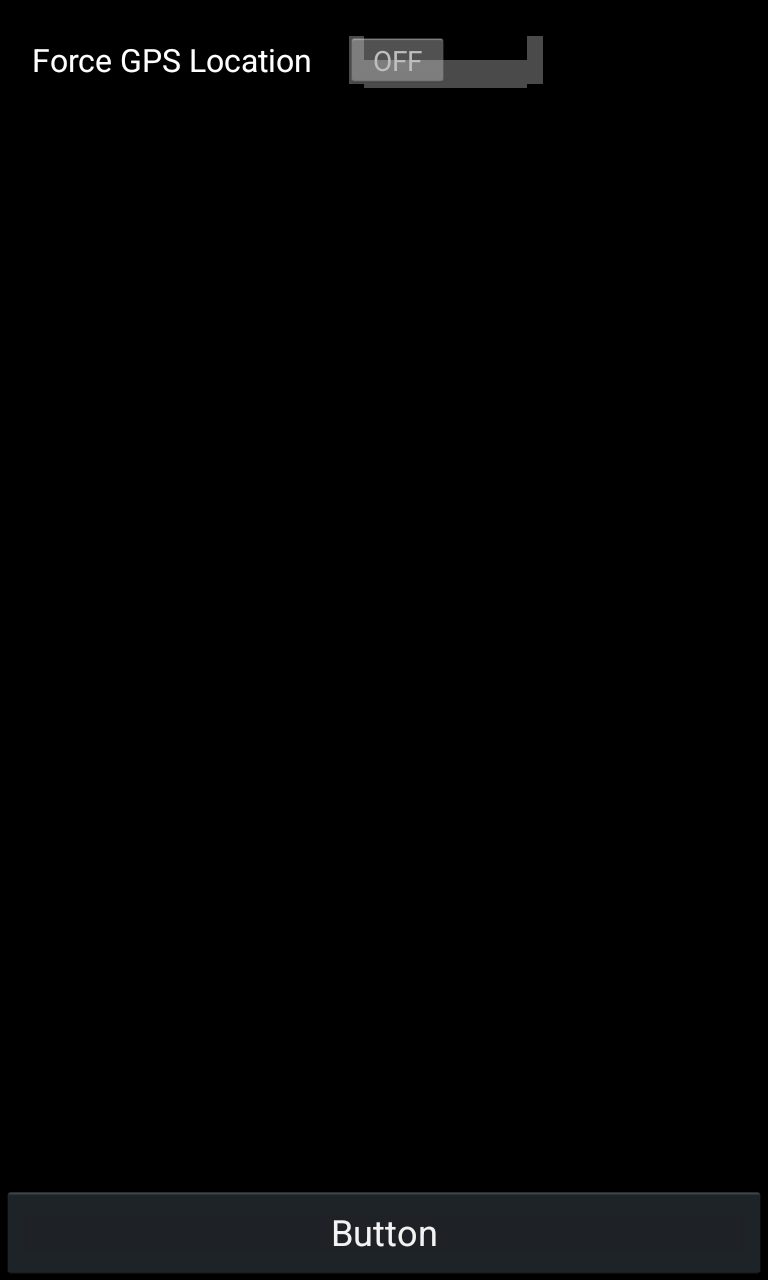
Repository: Jafnee/Android-Walking-Tour
Layout: SRC/Drafts/0.3/fuzzyNinja/PathFinder/res/layout/activity_settings.xml
These files come from the project's save history. The layout is drawn as it stood at one moment and after the next save; the edit follows.
It is drawn on a 768 x 1280 px phone screen (xhdpi) without system bars, with theme android:Theme.Holo; the app's code is not run.

Above is the layout before, as saved 2013-12-13 05:30:12.

### SRC/Drafts/0.3/fuzzyNinja/PathFinder/res/layout/activity_settings.xml
<RelativeLayout xmlns:android="http://schemas.android.com/apk/res/android"
    xmlns:tools="http://schemas.android.com/tools"
    android:layout_width="wrap_content"
    android:layout_height="wrap_content"
    tools:context=".ActivitySettings" >

    <ScrollView
        android:id="@+id/scrollView"
        android:layout_width="match_parent"
        android:layout_height="wrap_content"
        android:layout_above="@+id/button1"
        android:layout_alignParentTop="true"
        android:paddingBottom="@dimen/activity_vertical_margin"
        android:paddingLeft="@dimen/activity_horizontal_margin"
        android:paddingRight="@dimen/activity_horizontal_margin"
        android:paddingTop="@dimen/activity_vertical_margin" >


        <Switch
            android:id="@+id/switchForceGPS"
            android:layout_width="wrap_content"
            android:layout_height="wrap_content"
            android:text="Force GPS Location" />

    </ScrollView>

    <Button
        android:id="@+id/button1"
        android:layout_width="match_parent"
        android:layout_height="wrap_content"
        android:layout_alignParentBottom="true"
        android:layout_alignParentRight="true"
        android:text="Button" />

</RelativeLayout>

Loaded but not shown: SRC/Drafts/0.3/fuzzyNinja/PathFinder/res/values/dimens.xml (common file)

After the next save:
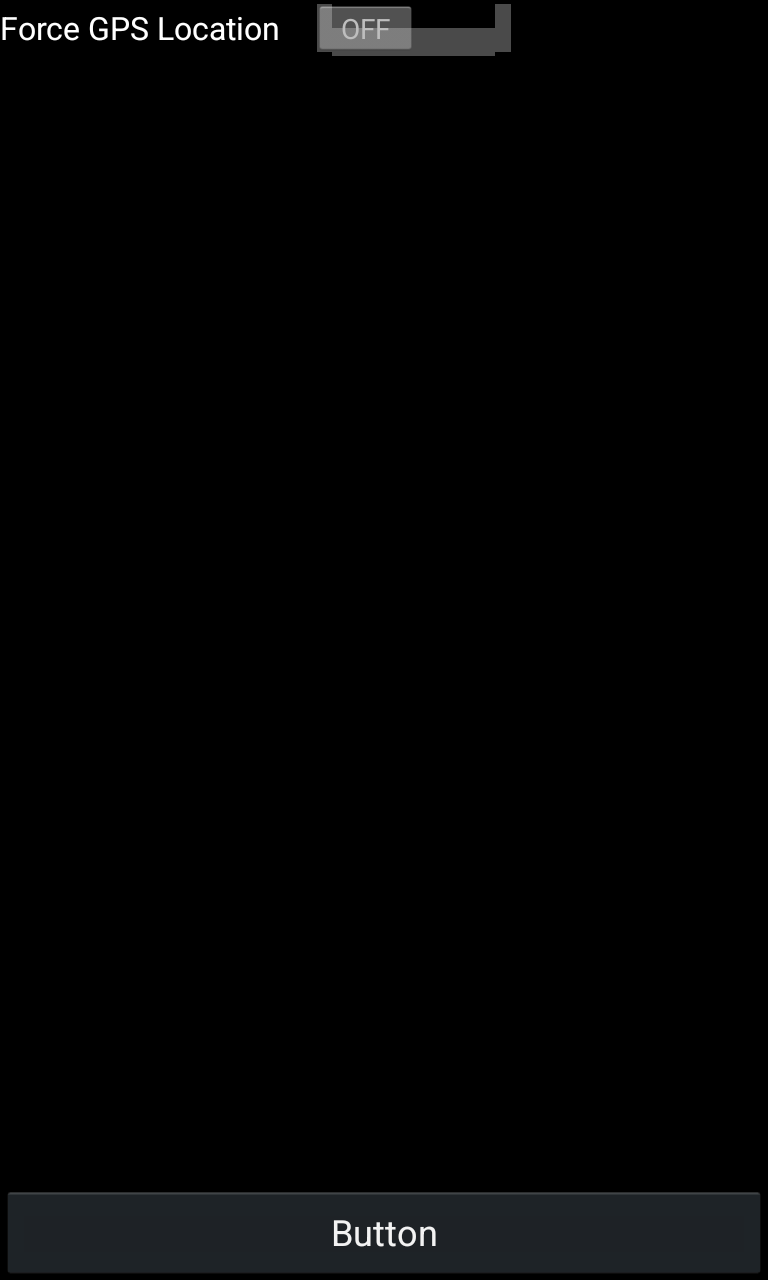
Saved 106 s later.
--- a/SRC/Drafts/0.3/fuzzyNinja/PathFinder/res/layout/activity_settings.xml
+++ b/SRC/Drafts/0.3/fuzzyNinja/PathFinder/res/layout/activity_settings.xml
@@ -1,28 +1,8 @@
 <RelativeLayout xmlns:android="http://schemas.android.com/apk/res/android"
-    xmlns:tools="http://schemas.android.com/tools"
-    android:layout_width="wrap_content"
-    android:layout_height="wrap_content"
-    tools:context=".ActivitySettings" >
-
-    <ScrollView
-        android:id="@+id/scrollView"
-        android:layout_width="match_parent"
-        android:layout_height="wrap_content"
-        android:layout_above="@+id/button1"
-        android:layout_alignParentTop="true"
-        android:paddingBottom="@dimen/activity_vertical_margin"
-        android:paddingLeft="@dimen/activity_horizontal_margin"
-        android:paddingRight="@dimen/activity_horizontal_margin"
-        android:paddingTop="@dimen/activity_vertical_margin" >
+    android:layout_width="fill_parent"
+    android:layout_height="fill_parent" >
 
 
-        <Switch
-            android:id="@+id/switchForceGPS"
-            android:layout_width="wrap_content"
-            android:layout_height="wrap_content"
-            android:text="Force GPS Location" />
-
-    </ScrollView>
 
     <Button
         android:id="@+id/button1"
@@ -32,4 +12,12 @@
         android:layout_alignParentRight="true"
         android:text="Button" />
 
+    <Switch
+        android:id="@+id/switchForceGPS"
+        android:layout_width="wrap_content"
+        android:layout_height="wrap_content"
+        android:layout_alignParentLeft="true"
+        android:layout_alignParentTop="true"
+        android:text="Force GPS Location" />
+
 </RelativeLayout>
